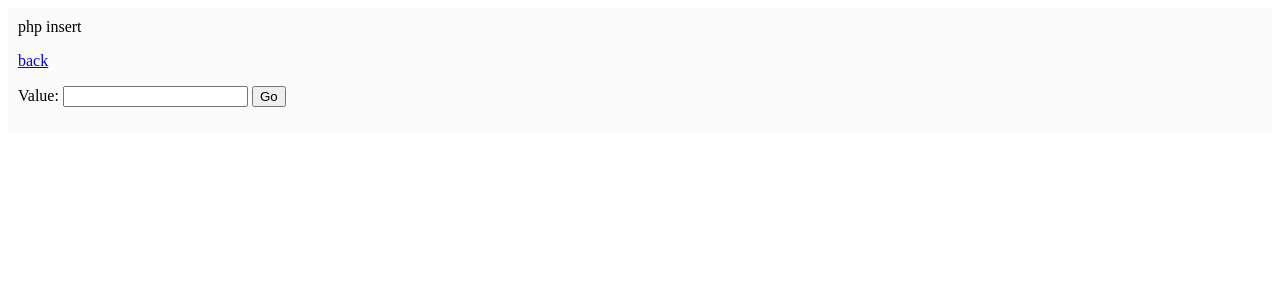
Repository: githubnorm/privat
Page: http://localhost/source/db_insert.php?i=company
These files come from the project's save history. The page is drawn as it stood at one moment and after the next save; the edit follows.
The browser window is 1280 px wide. The pictures show the whole page.
The page is run by PHP 8.4 with error messages shown; the project is at /var/www/html/.

Above is the page before, as saved 2014-08-23 19:43:02.

After the next save:
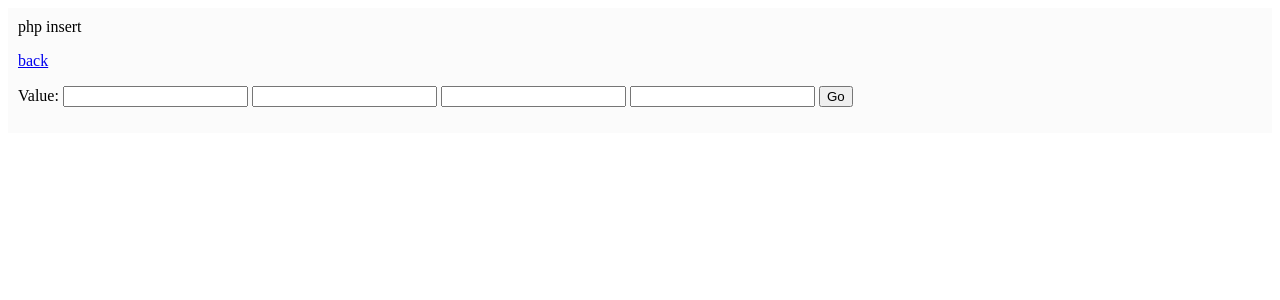
Saved 85 s later.
--- a/php/source/db_insert.php
+++ b/php/source/db_insert.php
@@ -18,7 +18,10 @@ php insert<br>
 <a href="../index.php">back</a><br>
 
 	<form method="post" action="process.php" onSubmit="return ajaxSubmit(this);">
-		Value: <input type="text" name="my_value" />
+		Value: <input type="text" name="location" />
+		<input type="text" name="anfahrt" />
+		<input type="text" name="job_ids" />
+		<input type="text" name="ratings" />
 		<input type="submit" name="form_submit" value="Go" />
 	</form>
 
